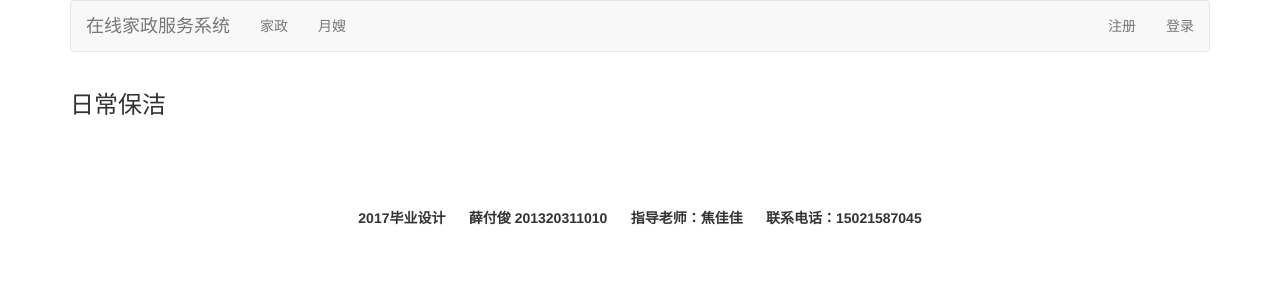
Repository: ELeonCXFJ/MyEclipseWS
Page: http://localhost/MyWeb/jsps/product/keeper/dailywork.jsp
An editor plug-in stored every save of this project. The page is shown before and after the next save, followed by the edit.
The browser window is 1280 px wide. The pictures show the whole page.
The page is served by Tomcat 9. Nobody is signed in. The application's start-up code is not run. Other server files are loaded and not shown.

Above is the page before, as saved 2017-03-21 04:21:30.

### MyWeb/WebRoot/jsps/product/keeper/dailywork.jsp
<%@ page trimDirectiveWhitespaces="true" language="java" import="java.util.*" pageEncoding="UTF-8"%>
<%@ taglib prefix="c" uri="http://java.sun.com/jsp/jstl/core" %>

<!DOCTYPE html>
<html>
<head>
   <meta charset="utf-8">
   <title>日常保洁</title>
   <script src="<c:url value='/vendor/jquery/jquery.min.js'/>"></script>
   <script src="<c:url value='/vendor/bootstrap/js/bootstrap.min.js'/>"></script>
   <link rel="stylesheet" href="<c:url value='/vendor/bootstrap/css/bootstrap.min.css'/>" />

</head>
<body>

<div class="container">
	<div class="row clearfix">
	<c:import url="/top.jsp" />

		<div class="col-lg-12 col-md-12 col-xs-12 col-sm-12">
			<h3>日常保洁</h3>
			<table class="table table-bordered">


			</table>
		</div>

	</div>
</div>	<!-- container -->
	<c:import url="/bottom.jsp"></c:import>
</body>
</html>

### MyWeb/WebRoot/top.jsp
<%@ page language="java" import="java.util.*" pageEncoding="UTF-8"%>
<%@ taglib prefix="c" uri="http://java.sun.com/jsp/jstl/core" %>

<!DOCTYPE html>
<html>
<head>
   <meta charset="utf-8">
   <title>导航栏</title>
</head>
<body>

<div class="container" align="center">
	<div class="row clearfix">
		<div class="col-lg-12 col-md-12 col-xs-12 col-sm-12">
			<nav class="navbar navbar-default" role="navigation">
				<div class="navbar-header">
					 <button type="button" class="navbar-toggle" data-toggle="collapse" data-target="#bs-example-navbar-collapse-1"> <span class="sr-only">Toggle navigation</span><span class="icon-bar"></span><span class="icon-bar"></span><span class="icon-bar"></span></button> <a class="navbar-brand" href="<c:url value='/index.jsp'/>">在线家政服务系统</a>
				</div>
				<div class="collapse navbar-collapse" id="bs-example-navbar-collapse-1">
					<ul class="nav navbar-nav">
						<li >
							 <a href="#">家政</a>
						</li>
						<li>
							 <a href="#">月嫂</a>
						</li>
					</ul>
					<ul class="nav navbar-nav navbar-right">
					<c:choose>
						<c:when test="${empty sessionScope.sessionUser }">
							<li>
								 <a href="<c:url value='/jsps/user/register.jsp'/>">注册</a>
							</li>
							<li>
								<a href="<c:url value='/jsps/user/login.jsp' />">登录</a>
							</li>
						</c:when>

						<c:otherwise>
							<li>
								 <a href="<c:url value='/OrderServlet?method=getMyOrder'/>">我的订单</a>
							</li>
							<li>
								 <a href="<c:url value='/jsps/user/pwd.jsp'/>">修改密码</a>
							</li>
							<li>
								 <a href="#">购物车</a>
							</li>
							<li>
								<a href="<c:url value="/UserServlet?method=exit"/>">退出</a>
							</li>
						</c:otherwise>
					</c:choose>
					</ul>
				</div>
			</nav>
		</div>
	</div>
</div>
</body>

### MyWeb/WebRoot/bottom.jsp
<%@ page language="java" import="java.util.*" pageEncoding="UTF-8"%>
<%@ taglib prefix="c" uri="http://java.sun.com/jsp/jstl/core" %>

<!DOCTYPE html>
<html>
<head>
   <meta charset="utf-8">
   <title>页脚</title>
   <link rel="stylesheet" href="./vendor/bootstrap/css/bootstrap.min.css">
   <script src="./vendor/bootstrap/js/bootstrap.min.js"></script>
</head>
<body>

	<div align="center">
		<label for=“bottom"></br></br></br>2017毕业设计&nbsp;&nbsp;&nbsp;&nbsp;&nbsp;&nbsp;薛付俊 201320311010&nbsp;&nbsp;&nbsp;&nbsp;&nbsp;&nbsp;指导老师：焦佳佳&nbsp;&nbsp;&nbsp;&nbsp;&nbsp;&nbsp;联系电话：15021587045</label>
	</div>
	<div style="display:none;">
		<label for="hide">bootstrapvalidator引用自：https://github.com/nghuuphuoc/bootstrapvalidator</label>
	</div>
</body>

After the next save:
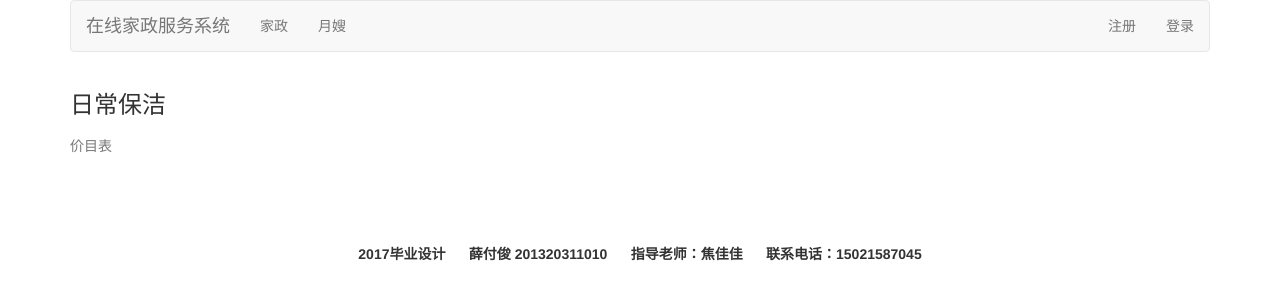
Saved 24 s later.
--- a/MyWeb/WebRoot/jsps/product/keeper/dailywork.jsp
+++ b/MyWeb/WebRoot/jsps/product/keeper/dailywork.jsp
@@ -20,7 +20,7 @@
 		<div class="col-lg-12 col-md-12 col-xs-12 col-sm-12">
 			<h3>日常保洁</h3>
 			<table class="table table-bordered">
-
+				<caption>价目表</caption>
 
 			</table>
 		</div>
